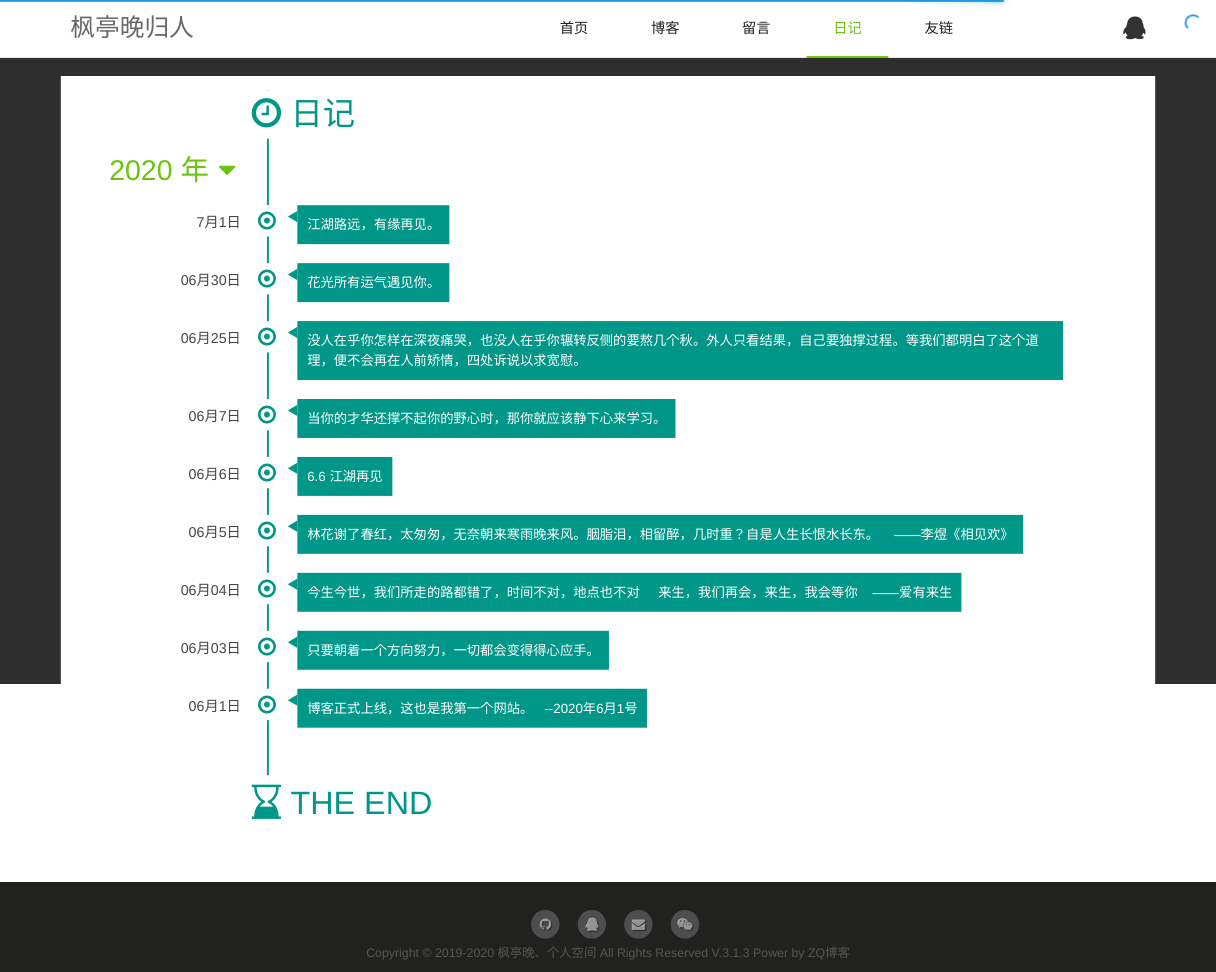
Repository: fengfi9/blog
Page: diary.html
The author's editor kept a copy of each file at every save. The page is drawn from the files as they stood at one save, then again after the next save.
The browser window is 1280 px wide. The pictures show the whole page, at 95% of full size.

Above is the page before, as saved 2020-10-22 15:03:38.
Console error: SyntaxError: Unexpected token '<'

### diary.html
<!DOCTYPE html>
<html>

<head>
    <meta charset="utf-8" />
    <meta http-equiv="X-UA-Compatible" content="IE=edge,chrome=1" />
    <meta name="renderer" content="webkit">
    <meta name="viewport" content="width=device-width" />
    <meta name="author" content="www.lzqcode.com" />
    <meta name="robots" content="all" />
    <title>日记</title>
    <link rel="stylesheet" href="font-awesome/css/font-awesome.min.css">
    <link rel="stylesheet" href="layui/css/layui.css" />
    <link rel="stylesheet" href="css/master.css" />
    <link rel="stylesheet" href="css/gloable.css" />
    <link rel="stylesheet" href="css/nprogress.css" />
    <link rel="stylesheet" href="css/timeline.css" />
</head>

<body>
    <div class="header">
    </div>
    <header class="gird-header">
        <div class="header-fixed">
            <div class="header-inner">
                <a href="javascript:void(0)" class="header-logo" id="logo">枫亭晚归人</a>
                <nav class="nav" id="nav">
                    <ul>
                        <li><a href="index.html">首页</a></li>
                        <li><a href="article.html">博客</a></li>
                        <li><a href="message.html">留言</a></li>
                        <li><a href="diary.html">日记</a></li>
                        <li><a href="link.html">友链</a></li>
                    </ul>
                </nav>
                <a href="#" class="blog-user">
                    <i class="fa fa-qq"></i>
                </a>
                <a class="phone-menu">
                    <i></i>
                    <i></i>
                    <i></i>
                </a>
            </div>
        </div>
    </header>
    <div class="doc-container" id="doc-container">
        <div class="container-fixed">
            <div class="timeline-box shadow">
                <div class="timeline-main">
                    <h1><i class="fa fa-clock-o"></i>日记</h1>
                    <div class="timeline-line"></div>
                    <div class="timeline-year">
                        <h2><a class="yearToggle">2020 年</a><i class="fa fa-caret-down fa-fw"></i></h2>
                        <div class="timeline-month">
                            <ul>
                                <li>
                                    <div class="h4 animated fadeInLeft">
                                        <p class="date">7月1日</p>
                                    </div>
                                    <p class="dot-circle animated "><i class="fa fa-dot-circle-o"></i></p>
                                    <div class="content animated fadeInRight">江湖路远，有缘再见。</div>
                                    <div class="clear"></div>
                                </li>
                                <li>
                                    <div class="h4 animated fadeInLeft">
                                        <p class="date">06月30日</p>
                                    </div>
                                    <p class="dot-circle animated "><i class="fa fa-dot-circle-o"></i></p>
                                    <div class="content animated fadeInRight">花光所有运气遇见你。</div>
                                    <div class="clear"></div>
                                </li>
                                <li>
                                    <div class="h4 animated fadeInLeft">
                                        <p class="date">06月25日</p>
                                    </div>
                                    <p class="dot-circle animated "><i class="fa fa-dot-circle-o"></i></p>
                                    <div class="content animated fadeInRight">
                                        <p><span>没人在乎你怎样在深夜痛哭，也没人在乎你辗转反侧的要熬几个秋。外人只看结果，自己要独撑过程。等我们都明白了这个道理，便不会再在人前矫情，四处诉说以求宽慰。</span>
                                        </p>
                                    </div>
                                    <div class="clear"></div>
                                </li>
                                <li>
                                    <div class="h4 animated fadeInLeft">
                                        <p class="date">06月7日</p>
                                    </div>
                                    <p class="dot-circle animated "><i class="fa fa-dot-circle-o"></i></p>
                                    <div class="content animated fadeInRight">
                                        <p><span>当你的才华还撑不起你的野心时，那你就应该静下心来学习。</span></p>
                                    </div>
                                    <div class="clear"></div>
                                </li>
                                <li>
                                    <div class="h4 animated fadeInLeft">
                                        <p class="date">06月6日</p>
                                    </div>
                                    <p class="dot-circle animated "><i class="fa fa-dot-circle-o"></i></p>
                                    <div class="content animated fadeInRight">
                                        <p>6.6 江湖再见</p>
                                    </div>
                                    <div class="clear"></div>
                                </li>
                                <li>
                                    <div class="h4 animated fadeInLeft">
                                        <p class="date">06月5日</p>
                                    </div>
                                    <p class="dot-circle animated "><i class="fa fa-dot-circle-o"></i></p>
                                    <div class="content animated fadeInRight">
                                        <p><span>林花谢了春红，太匆匆，无奈朝来寒雨晚来风。</span><span>胭脂泪，相留醉，几时重？自是人生长恨水长东。&nbsp;
                                                &nbsp;&nbsp;</span><span>——李煜《相见欢》</span></p>
                                    </div>
                                    <div class="clear"></div>
                                </li>
                                <li>
                                    <div class="h4 animated fadeInLeft">
                                        <p class="date">06月04日</p>
                                    </div>
                                    <p class="dot-circle animated "><i class="fa fa-dot-circle-o"></i></p>
                                    <div class="content animated fadeInRight">
                                        <p style="text-align: left;"><span>今生今世，我们所走的路都错了，时间不对，地点也不对&nbsp; &nbsp;
                                                &nbsp;</span>来生，我们再会，来生，我会等你&nbsp; &nbsp;&nbsp;<span
                                                style="text-align: right;">——</span>爱有来生</p>
                                    </div>
                                    <div class="clear"></div>
                                </li>
                                <li>
                                    <div class="h4 animated fadeInLeft">
                                        <p class="date">06月03日</p>
                                    </div>
                                    <p class="dot-circle animated "><i class="fa fa-dot-circle-o"></i></p>
                                    <div class="content animated fadeInRight">
                                        <p><span>只要朝着一个方向努力，一切都会变得得心应手。</span><span
                                                class="c-gray c-gap-left-small op-imprecise-author"></span></p>
                                    </div>
                                    <div class="clear"></div>
                                </li>
                                <li>
                                    <div class="h4 animated fadeInLeft">
                                        <p class="date">06月1日</p>
                                    </div>
                                    <p class="dot-circle animated "><i class="fa fa-dot-circle-o"></i></p>
                                    <div class="content animated fadeInRight">
                                        <p>博客正式上线，这也是我第一个网站。&nbsp; &nbsp;--2020年6月1号</p>
                                    </div>
                                    <div class="clear"></div>
                                </li>

                            </ul>
                        </div>
                    </div>
                    <h1 style="padding-top:4px;padding-bottom:2px;margin-top:40px;"><i
                            class="fa fa-hourglass-end"></i>THE END</h1>
                </div>
            </div>
        </div>
    </div>
    <footer class="grid-footer">
        <div class="footer-fixed">
            <div class="copyright">
                <div class="info">
                    <div class="contact">
                        <a href="javascript:void(0)" class="github" target="_blank"><i class="fa fa-github"></i></a>
                        <a href="#" class="qq" target="_blank"><i class="fa fa-qq"></i></a>
                        <a href="#" class="email" target="_blank"><i class="fa fa-envelope"></i></a>
                        <a href="javascript:void(0)" class="weixin"><i class="fa fa-weixin"></i></a>
                    </div>
                    <p class="mt05">
                        Copyright &copy; 2019-2020 枫亭晚、个人空间 All Rights Reserved V.3.1.3 Power by ZQ博客
                    </p>
                </div>
            </div>
        </div>
    </footer>
    <script src="layui/layui.js"></script>
    <script src="js/yss/gloable.js"></script>
    <script src="js/plugins/nprogress.js"></script>
    <script src="js/love.js"></script>
    <script>
        NProgress.start();
    </script>
    <script src="js/pagediary.js"></script>
    <script>
        window.onload = function () {
            NProgress.done();
        };
        <li>
            <div class="h4 animated fadeInLeft">
                <p class="date">06月1日</p>
            </div>
            <p class="dot-circle animated "><i class="fa fa-dot-circle-o"></i></p>
            <div class="content animated fadeInRight">
                <p>博客正式上线，这也是我第一个网站。&nbsp; &nbsp;--2020年6月1号</p>
            </div>
            <div class="clear"></div>
        </li>
        // 循环日记
        var diaryS = [
            {
                time:"6月1日",
                content:"博客正式上线，这也是我第一个网站。"
            },
            {
                time:"6月1日",
                content:"博客正式上线，这也是我第一个网站。"
            },
            {
                time:"6月1日",
                content:"博客正式上线，这也是我第一个网站。"
            },
            {
                time:"6月1日",
                content:"博客正式上线，这也是我第一个网站。"
            },
            {
                time:"6月1日",
                content:"博客正式上线，这也是我第一个网站。"
            },
            {
                time:"6月1日",
                content:"博客正式上线，这也是我第一个网站。"
            }
        ];
        $.each(diaryS,function(i,val){
            var diaryCont = "<li>"+
                                "<div class='h4 animated fadeInLeft'>"+
                                    "<p class='date'>"+val.time+"</p>"+
                                "</div>"+
                                "<p class='dot-circle animated'><i class='fa fa-dot-circle-o'></i></p>"+
                                "<div class='content animated fadeInRight'>"+
                                    "<p>"+val.content+"</p>"+
                                "</div>"+
                                "<div class='clear'></div>"+
                            "</li>"
            $(".timeline-month ul").append(diaryCont)
        })
    </script>
</body>

</html>

### css/gloable.css
.f-oh{
    overflow: hidden;
    zoom: 1;
    clear: both;
}
.f-oh a{
    margin-right: 30px;
    color: #565755;
}
.f-oh a:hover{
    text-decoration:underline;
    color:#6bc30d;
}

.fs-12{
    font-size:12px;
}
.fs-14{
    font-size:14px;
}
.fs-16,h6{
    font-size:16px;
}
.fs-18{
    font-size:18px;
}
.fs-24{
    font-size:24px;
}
.fs-32{
    font-size:32px;
}
.f-fr{
    float:right;
}
.fc-blue{
    color: #2ea7e0;
}
.fc-black{
    color:#383937
}
.fc-grey{
    color:#787977;
}
.fc-red{
    color:#ff4351;
}
.f-fwb{
    font-weight:bold;
}
.f-fwn{
    font-weight:normal;
}
.f-fl{
    float:left;
}
.f-vam{
    vertical-align:middle;
}
/*.f-ff-icon{
    font-family:"FontAwesome";
    font-style:normal;
    text-rendering:auto;
}*/
.f-fr{
    float:right;
}
.mt05{
    margin-top:5px;
}
.mt10{
    margin-top:10px;
}
.mt20{
    margin-top:20px;
}
.ml05{
    margin-left:5px;
}
.ml10{
    margin-left:10px;
}
.ml20{
    margin-left:20px;
}
.mr05{
    margin-right:5px;
}
.f-noneselect{
    -webkit-user-select: none;
    user-select: none;
}
.fc-link{
    color: #3e8bc7 !important;
}

.f-cb,.f-cb:after{
    display: block;
    content: " ";
    height: 0;
    visibility: hidden;
    clear: both;
}
.img-light{
    position:relative;
}
.img-light:after {
    content: "";
    height: 100%;
    width: 100px;
    -webkit-transform: skewX(-25deg) translateZ(0);
    transform: skewX(-25deg) translateZ(0);
    background-image: linear-gradient(90deg,hsla(0,0%,100%,0),hsla(0,0%,100%,.3) 50%,hsla(0,0%,100%,0));
    position: absolute;
    left: -160%;
    top: 0;
    z-index: 2;
}
.img-light:hover:after {
    transition: left 1s ease-in-out;
    left: 160%;
}
.grid-page{
    font-size:0;
}
.grid-page a[href]:hover,.grid-page a.p-current{
    color: #fff;
    background-color: #787977;
    text-decoration: none;
}
.grid-page a{
    display: inline-block;
    width: 32px;
    height: 32px;
    line-height: 32px;
    text-align: center;
    font-size: 14px;
    background-color: #fff;
    margin: 0 3px;
    transition: all .3s ease-out;
    cursor: default;
    border-radius: 3px;
    box-shadow: 0 1px 3px rgba(0,0,0,.06);
    color: #787977;
}
.grid-page a.p-current{
    background-color: #6bc30d;
    border-radius: 3px;
}
.grid-page a[href]{
    cursor:pointer;
}
.grid-page a.more{
    background-color: transparent;
    color: #787977;
    cursor: default;
    text-shadow: 0 1px 0 rgba(255,255,255,.6);
}

.checkbox-check {}
.checkbox-label{
    display: inline-block;
    width: 46px;
    height: 26px;
    background-color: #f1f2f0;
    border-radius: 26px;
    vertical-align: middle;
    border: 1px solid #e8e9e7;
    position: relative;
    font-size: 0;
    cursor: pointer;
    transition: all .3s ease;
}
.checkbox-label:after{
    content: '';
    display: inline-block;
    width: 26px;
    height: 26px;
    border: 1px solid #e8e9e7;
    background-color: #fff;
    border-radius: 100%;
    position: absolute;
    top: -1px;
    left: 0;
    transition: all .3s ease;
}
.checkbox-check:checked~.checkbox-label{
    background-color: #6bc30d;
    border-color: #6bc30d;
}
.checkbox-check:checked~.checkbox-label:after{
    transform: translate3d(20px,0,0);
    border-color: #6bc30d;
}

.u-label {
    display: inline-block;
    border: 1px solid #e8e9e7;
    padding: 5px;
    overflow: hidden;
    position: relative;
    vertical-align: middle;
    transition: background-color .3s;
}
.u-label.input{
    padding: 0 5px 0 30px;
    min-width: 140px;
    background-color: #fff;
}
.u-label.button{
    border: none;
    padding: 0;
}
.u-btn-sub{
    border: none;
    display: inline-block;
    height: 24px;
    line-height: 24px;
    padding: 6px 0;
    text-align: center;
    width: 90px;
    background-color: #70ca10;
    color: #fff;
    -webkit-transition: all .3s;
    transition: all .3s;
    box-sizing: content-box;
    text-decoration: none!important;
}

### css/nprogress.css
/* Make clicks pass-through */
#nprogress {
  pointer-events: none;
}

#nprogress .bar {
  background: #29d;

  position: fixed;
  z-index: 99999;
  top: 0;
  left: 0;

  width: 100%;
  height: 2px;
}

/* Fancy blur effect*/
#nprogress .peg {
  display: block;
  position: absolute;
  right: 0px;
  width: 100px;
  height: 100%;
  box-shadow: 0 0 10px #29d, 0 0 5px #29d;
  opacity: 1.0;

  -webkit-transform: rotate(3deg) translate(0px, -4px);
      -ms-transform: rotate(3deg) translate(0px, -4px);
          transform: rotate(3deg) translate(0px, -4px);
}

/* Remove these to get rid of the spinner */
#nprogress .spinner {
  display: block;
  position: fixed;
  z-index: 99999;
  top: 15px;
  right: 15px;
}

#nprogress .spinner-icon {
  width: 18px;
  height: 18px;
  box-sizing: border-box;

  border: solid 2px transparent;
  border-top-color: #29d;
  border-left-color: #29d;
  border-radius: 50%;

  -webkit-animation: nprogress-spinner 400ms linear infinite;
          animation: nprogress-spinner 400ms linear infinite;
}

.nprogress-custom-parent {
  overflow: hidden;
  position: relative;
}

.nprogress-custom-parent #nprogress .spinner,
.nprogress-custom-parent #nprogress .bar {
  position: absolute;
}

@-webkit-keyframes nprogress-spinner {
  0%   { -webkit-transform: rotate(0deg); }
  100% { -webkit-transform: rotate(360deg); }
}
@keyframes nprogress-spinner {
  0%   { transform: rotate(0deg); }
  100% { transform: rotate(360deg); }
}

Loaded but not shown: font-awesome/css/font-awesome.min.css (library); layui/css/layui.css (library); layui/layui.js (library); js/plugins/nprogress.js (library); js/pagediary.js (common file); layui/lay/modules/jquery.js (library); layui/lay/modules/layer.js (library); layui/css/modules/layer/default/layer.css (library); js/love.js (64 lines, source omitted); layui/lay/modules/util.js (2 lines, source omitted); layui/lay/modules/flow.js (2 lines, source omitted); js/yss/gloable.js (41 lines, source omitted); css/master.css (77 lines, source omitted); css/timeline.css (212 lines, source omitted)

After the next save:
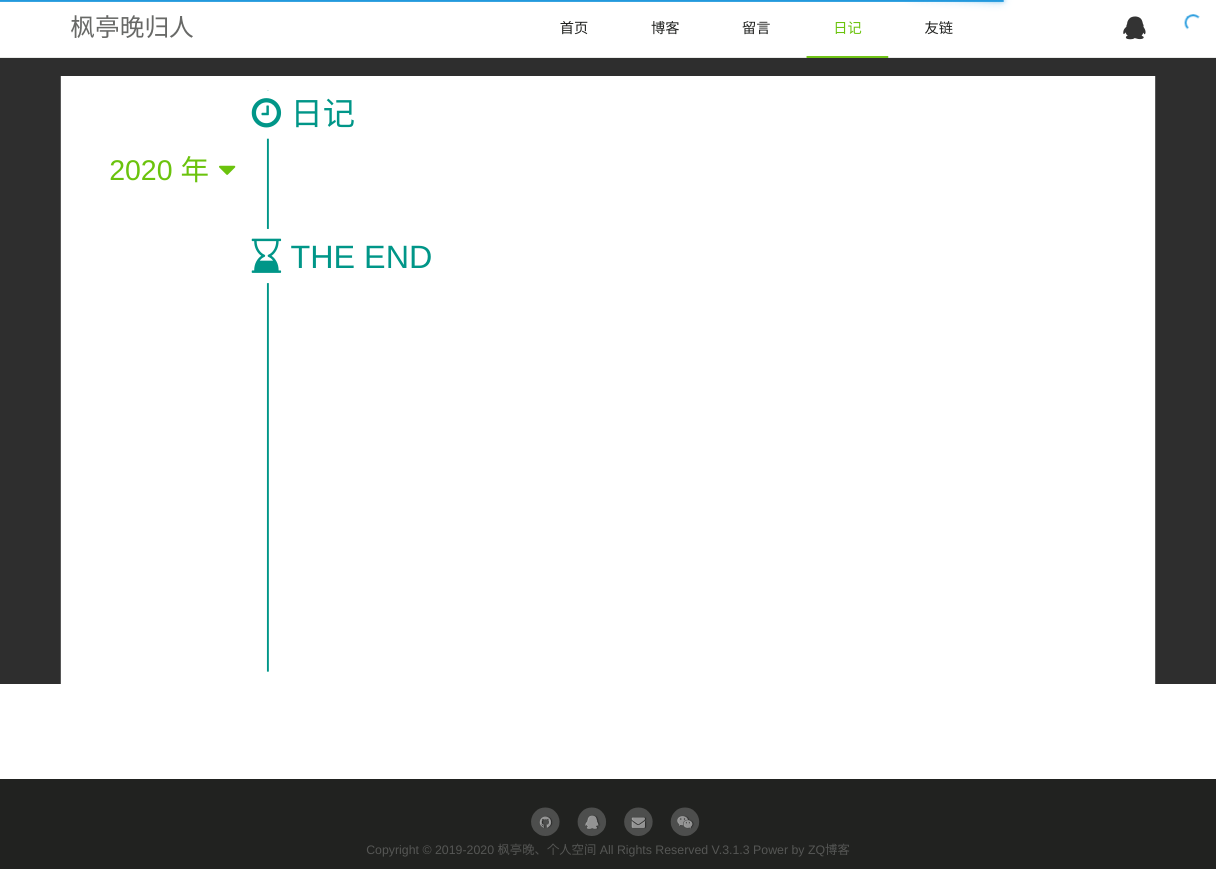
Saved 4 s later.
--- a/diary.html
+++ b/diary.html
@@ -54,97 +54,7 @@
                         <h2><a class="yearToggle">2020 年</a><i class="fa fa-caret-down fa-fw"></i></h2>
                         <div class="timeline-month">
                             <ul>
-                                <li>
-                                    <div class="h4 animated fadeInLeft">
-                                        <p class="date">7月1日</p>
-                                    </div>
-                                    <p class="dot-circle animated "><i class="fa fa-dot-circle-o"></i></p>
-                                    <div class="content animated fadeInRight">江湖路远，有缘再见。</div>
-                                    <div class="clear"></div>
-                                </li>
-                                <li>
-                                    <div class="h4 animated fadeInLeft">
-                                        <p class="date">06月30日</p>
-                                    </div>
-                                    <p class="dot-circle animated "><i class="fa fa-dot-circle-o"></i></p>
-                                    <div class="content animated fadeInRight">花光所有运气遇见你。</div>
-                                    <div class="clear"></div>
-                                </li>
-                                <li>
-                                    <div class="h4 animated fadeInLeft">
-                                        <p class="date">06月25日</p>
-                                    </div>
-                                    <p class="dot-circle animated "><i class="fa fa-dot-circle-o"></i></p>
-                                    <div class="content animated fadeInRight">
-                                        <p><span>没人在乎你怎样在深夜痛哭，也没人在乎你辗转反侧的要熬几个秋。外人只看结果，自己要独撑过程。等我们都明白了这个道理，便不会再在人前矫情，四处诉说以求宽慰。</span>
-                                        </p>
-                                    </div>
-                                    <div class="clear"></div>
-                                </li>
-                                <li>
-                                    <div class="h4 animated fadeInLeft">
-                                        <p class="date">06月7日</p>
-                                    </div>
-                                    <p class="dot-circle animated "><i class="fa fa-dot-circle-o"></i></p>
-                                    <div class="content animated fadeInRight">
-                                        <p><span>当你的才华还撑不起你的野心时，那你就应该静下心来学习。</span></p>
-                                    </div>
-                                    <div class="clear"></div>
-                                </li>
-                                <li>
-                                    <div class="h4 animated fadeInLeft">
-                                        <p class="date">06月6日</p>
-                                    </div>
-                                    <p class="dot-circle animated "><i class="fa fa-dot-circle-o"></i></p>
-                                    <div class="content animated fadeInRight">
-                                        <p>6.6 江湖再见</p>
-                                    </div>
-                                    <div class="clear"></div>
-                                </li>
-                                <li>
-                                    <div class="h4 animated fadeInLeft">
-                                        <p class="date">06月5日</p>
-                                    </div>
-                                    <p class="dot-circle animated "><i class="fa fa-dot-circle-o"></i></p>
-                                    <div class="content animated fadeInRight">
-                                        <p><span>林花谢了春红，太匆匆，无奈朝来寒雨晚来风。</span><span>胭脂泪，相留醉，几时重？自是人生长恨水长东。&nbsp;
-                                                &nbsp;&nbsp;</span><span>——李煜《相见欢》</span></p>
-                                    </div>
-                                    <div class="clear"></div>
-                                </li>
-                                <li>
-                                    <div class="h4 animated fadeInLeft">
-                                        <p class="date">06月04日</p>
-                                    </div>
-                                    <p class="dot-circle animated "><i class="fa fa-dot-circle-o"></i></p>
-                                    <div class="content animated fadeInRight">
-                                        <p style="text-align: left;"><span>今生今世，我们所走的路都错了，时间不对，地点也不对&nbsp; &nbsp;
-                                                &nbsp;</span>来生，我们再会，来生，我会等你&nbsp; &nbsp;&nbsp;<span
-                                                style="text-align: right;">——</span>爱有来生</p>
-                                    </div>
-                                    <div class="clear"></div>
-                                </li>
-                                <li>
-                                    <div class="h4 animated fadeInLeft">
-                                        <p class="date">06月03日</p>
-                                    </div>
-                                    <p class="dot-circle animated "><i class="fa fa-dot-circle-o"></i></p>
-                                    <div class="content animated fadeInRight">
-                                        <p><span>只要朝着一个方向努力，一切都会变得得心应手。</span><span
-                                                class="c-gray c-gap-left-small op-imprecise-author"></span></p>
-                                    </div>
-                                    <div class="clear"></div>
-                                </li>
-                                <li>
-                                    <div class="h4 animated fadeInLeft">
-                                        <p class="date">06月1日</p>
-                                    </div>
-                                    <p class="dot-circle animated "><i class="fa fa-dot-circle-o"></i></p>
-                                    <div class="content animated fadeInRight">
-                                        <p>博客正式上线，这也是我第一个网站。&nbsp; &nbsp;--2020年6月1号</p>
-                                    </div>
-                                    <div class="clear"></div>
-                                </li>
+
 
                             </ul>
                         </div>
